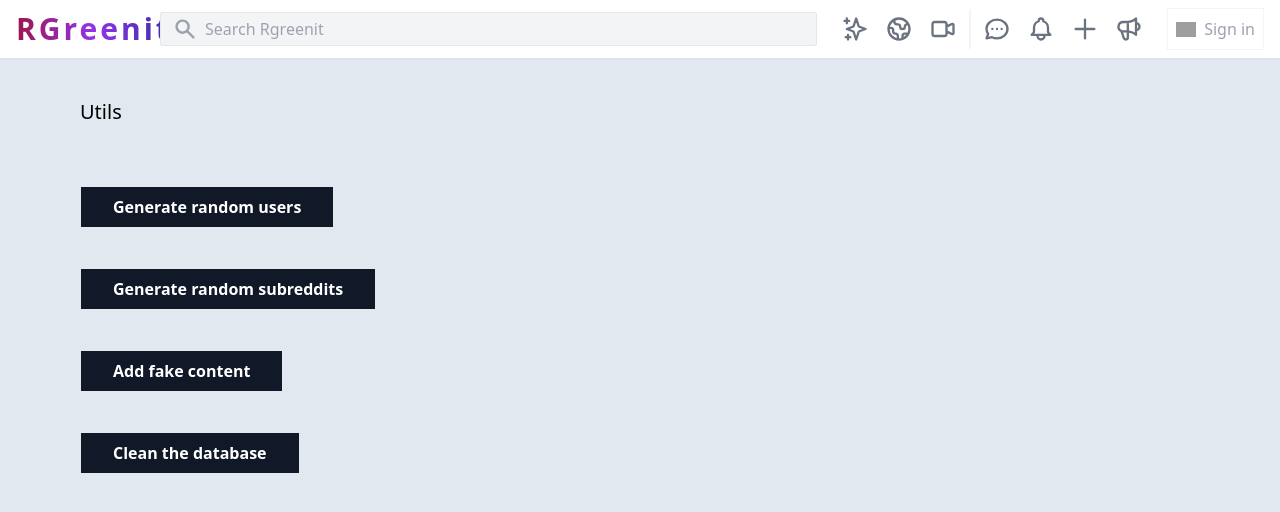
Repository: ITDevSolution/RGreen-it
Page: /utils
The author's editor kept a copy of each file at every save. The page is drawn from the files as they stood at one save, then again after the next save.
The browser window is 1280 px wide. The pictures show the whole page.
Pictures or frames that could not be fetched are drawn as grey boxes. The page's requests for data from a server got no answer. The project was rebuilt for these pictures with package versions that can differ from the ones it lists, and the page was loaded fresh each time. The framework's server and built-in components were replaced by stand-ins that run in the browser. No one was signed in, and anything a server would have sent is missing. Also part of the build but not shown: next.config.js.

Above is the page before, as saved 2022-07-08 12:45:17.

### pages/_app.js
import "../styles/globals.css"
import { SessionProvider } from "next-auth/react"
import Header from "components/Header"

import { Toaster } from "react-hot-toast"

function MyApp({ Component, pageProps: { session, ...pageProps } }) {
  return (
    <SessionProvider session={session}>
      <Toaster />
      <div className="h-screen overflow-y-scroll bg-slate-200 ">
        <Header />
        <Component {...pageProps} />
      </div>
    </SessionProvider>
  )
}

export default MyApp

### pages/utils.js
import React from "react"

export default function Utils() {
  const tasks = [
    { task: "generate_users", description: "Generate random users" },
    { task: "generate_subreddits", description: "Generate random subreddits" },
    { task: "add_fake_content", description: "Add fake content" },
    { task: "clean_database", description: "Clean the database" },
  ]

  const Button = ({ task }) => (
    <div className="flex-1 mb-5">
      <button
        onClick={async () => {
          await fetch("/api/utils", {
            body: JSON.stringify({
              task: task.task,
            }),
            headers: {
              "Content-Type": "application/json",
            },
            method: "POST",
          })
        }}
        className="border px-8 py-2 mt-5 mr-8 font-bold rouned-full bg-gray-900 text-white"
      >
        {task.description}
      </button>
    </div>
  )
  return (
    <div className="mt-10  ml-20">
      <h2 className="mb-10 text-xl">Utils</h2>
      {tasks.map((task, index) => (
        <Button key={index} task={task} />
      ))}
    </div>
  )
}

### styles/globals.css
@tailwind base;
@tailwind components;
@tailwind utilities;

@layer components {
    .icon{
        @apply h-9 w-6 lg:w-9 cursor-pointer rounded-sm lg:p-1 lg:hover:bg-gray-100
    }

    .voteButtons {
        @apply h-6 w-6 hover:bg-gray-200 p-1 rounded-md
    }

    .postButtons {
        @apply flex items-center space-x-1 text-sm font-light p-2 hover:bg-gray-100 cursor-pointer rounded-sm
    }
}

### components/Header.js
import Image from "next/image"
import React from "react"
import {
  ChevronDownIcon,
  HomeIcon,
  MenuIcon,
  SearchIcon,
} from "@heroicons/react/solid"
import {
  BellIcon,
  ChatIcon,
  GlobeIcon,
  PlusIcon,
  SparklesIcon,
  SpeakerphoneIcon,
  VideoCameraIcon,
} from "@heroicons/react/outline"
import { signIn, signOut, useSession } from "next-auth/react"
import Link from "next/link"

function Header() {
  const { data: session, status } = useSession()

  return (
    <div className="sticky inset-x-0 top-0 z-50 flex items-center justify-between bg-white px-4 py-2 shadow-sm  ">
      {/* logo */}
      <div className="flex grow-0  h-10 w-20 flex-shrink-0 cursor-pointer mr-16 md:justify-start justify-center ">
        <Link href={`/`}>
          {/* <Image
            src={`https://res.cloudinary.com/joeloff-dev/image/upload/v1656506700/Reddit_logo_new.svg_mxmb5x.png`}
            layout="fill"
            objectFit="contain"
          /> */}
          <a className="my-auto flex w-[140px] md:ml-0">
            <span className="bg-gradient-to-r from-pink-800 via-purple-600 to-indigo-800 bg-clip-text align-middle text-3xl font-black tracking-widest text-transparent ">
              RGreenit
            </span>
          </a>
        </Link>
        {/* Home */}
        <div className="hidden mx-7 md:flex md:ml-2 gap-2 items-center md:px-7">
          <HomeIcon className="h-5 w-5" />
          <p className="ml-2 hidden flex-1 lg:inline">Home</p>
          <ChevronDownIcon className="h-5 w-5" />
        </div>
      </div>

      {/* Search box */}
      <form className="hidden md:flex md:flex-1 items-center space-x-2 rounded-sm border border-gray-200 bg-gray-100 px-3 py-1 ">
        <SearchIcon className="h-6 w-6 text-gray-400" />
        <input
          type="text"
          placeholder="Search Rgreenit"
          className="flex-1 bg-transparent outline-none"
        />
        <button type="submit" hidden></button>
      </form>
      {/* User Action icons */}
      <div className="hidden lg:inline-flex text-gray-500 space-x-2 items-center mx-5">
        <SparklesIcon className="icon" />
        <GlobeIcon className="icon" />
        <VideoCameraIcon className="icon" />
        <hr className="h-10 border border-gray-100" />
        <ChatIcon className="icon" />
        <BellIcon className="icon" />
        <PlusIcon className="icon" />
        <SpeakerphoneIcon className="icon" />
      </div>
      {/* Menu mobile */}
      <div className="flex lg:hidden pl-4">
        <MenuIcon className="icon" />
      </div>

      {/* Sign in / Sign Out button */}
      {session ? (
        <div
          onClick={() => signOut()}
          className="hidden lg:flex items-center space-x-2 border border-gray-100 p-2 cursor-pointer"
        >
          {/* wrap Image */}
          <div className="relative h-5 w-5 flex-shrink-0">
            <Image
              src={`https://res.cloudinary.com/joeloff-dev/image/upload/v1656522740/reddit-icon-robot_sell1a.png`}
              layout="fill"
              objectFit="contain"
            />
          </div>
          {/* text signin */}
          <div className="flex-1 text-xs">
            <p className="truncate">{session?.user?.name}</p>
            <p className="text-gray-400">1 Karma</p>
          </div>
          <ChevronDownIcon className="h-5 flex-shrink-0 text-gray-400" />
        </div>
      ) : (
        <div
          onClick={() => signIn()}
          className="hidden lg:flex items-center space-x-2 border border-gray-100 p-2 cursor-pointer"
        >
          {/* wrap Image */}
          <div className="relative h-5 w-5 flex-shrink-0">
            <Image
              src={`https://res.cloudinary.com/joeloff-dev/image/upload/v1656522740/reddit-icon-robot_sell1a.png`}
              layout="fill"
              objectFit="contain"
            />
          </div>
          {/* text signin */}
          <p className="text-gray-400">Sign in</p>
        </div>
      )}
    </div>
  )
}

export default Header

Loaded but not shown: tailwind.config.js (common file)

After the next save:
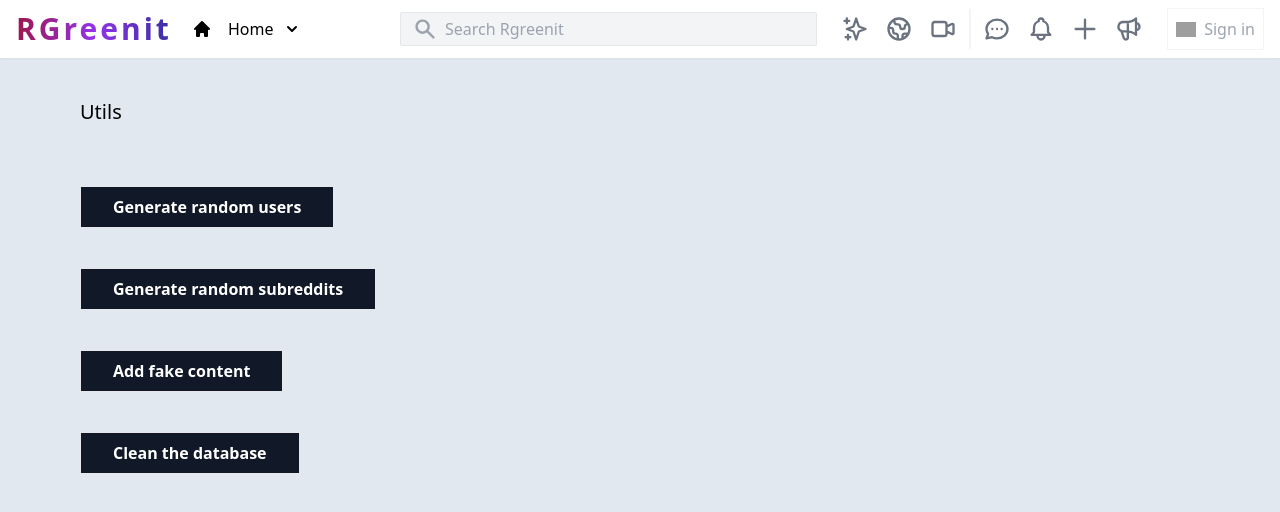
Saved 14 s later.
--- a/components/Header.js
+++ b/components/Header.js
@@ -24,7 +24,7 @@
   return (
     <div className="sticky inset-x-0 top-0 z-50 flex items-center justify-between bg-white px-4 py-2 shadow-sm  ">
       {/* logo */}
-      <div className="flex grow-0  h-10 w-20 flex-shrink-0 cursor-pointer mr-16 md:justify-start justify-center ">
+      <div className="flex grow-0 basis-80 h-10 w-20 flex-shrink-0 cursor-pointer mr-16 md:justify-start justify-center ">
         <Link href={`/`}>
           {/* <Image
             src={`https://res.cloudinary.com/joeloff-dev/image/upload/v1656506700/Reddit_logo_new.svg_mxmb5x.png`}

After the save that followed:
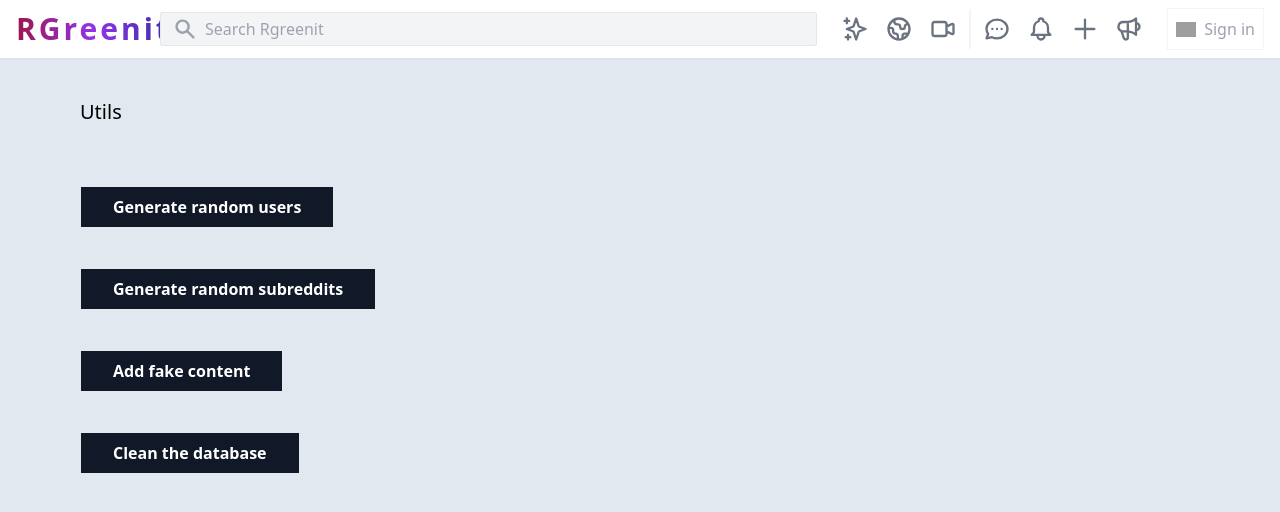
Saved 34 s later.
--- a/components/Header.js
+++ b/components/Header.js
@@ -24,7 +24,7 @@
   return (
     <div className="sticky inset-x-0 top-0 z-50 flex items-center justify-between bg-white px-4 py-2 shadow-sm  ">
       {/* logo */}
-      <div className="flex grow-0 basis-80 h-10 w-20 flex-shrink-0 cursor-pointer mr-16 md:justify-start justify-center ">
+      <div className="flex grow-0 basis-auto h-10 w-20 flex-shrink-0 cursor-pointer mr-16 md:justify-start justify-center ">
         <Link href={`/`}>
           {/* <Image
             src={`https://res.cloudinary.com/joeloff-dev/image/upload/v1656506700/Reddit_logo_new.svg_mxmb5x.png`}
